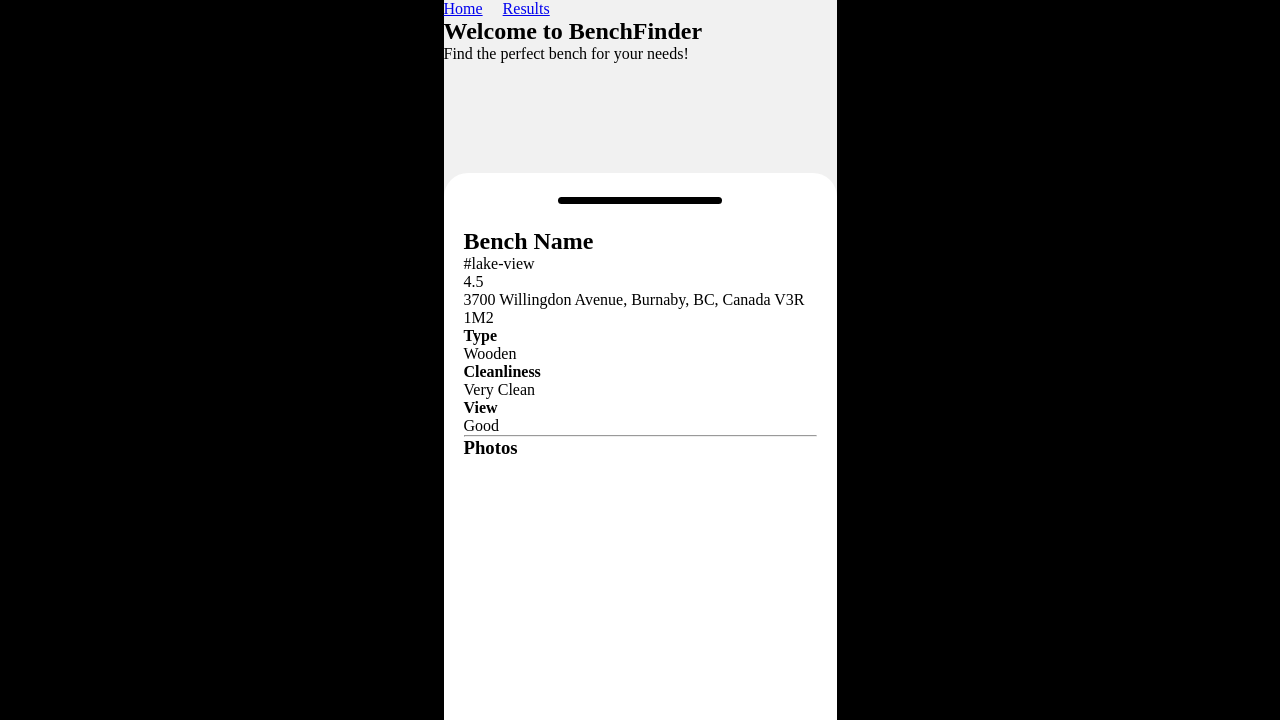
Repository: HidayatPatil/BenchFinder
Page: /
The author's editor kept a copy of each file at every save. The page is drawn from the files as they stood at one save, then again after the next save.
The browser window is 1280 px wide. The pictures show the whole page.
The project was rebuilt for these pictures with package versions that can differ from the ones it lists, and the page was loaded fresh each time. Also part of the build but not shown: vite.config.js, src/Results.jsx.

Above is the page before, as saved 2025-10-09 19:04:42.

After the next save:
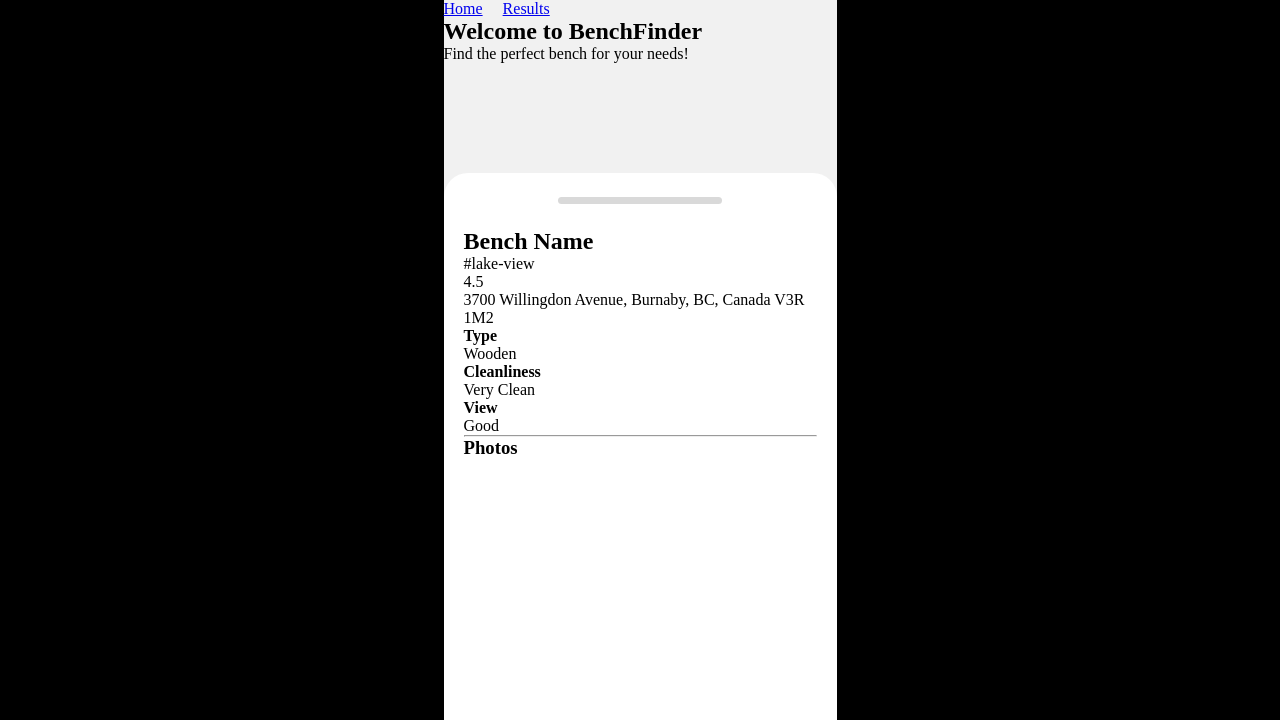
Saved 13 s later.
--- a/src/index.css
+++ b/src/index.css
@@ -47,6 +47,6 @@ body, html {
     width: 164px;
     height: 7px;
     border-radius: 100px;
-    background-color: black;
+    background-color: #D9D9D9;
     margin: 24px auto;
 }
